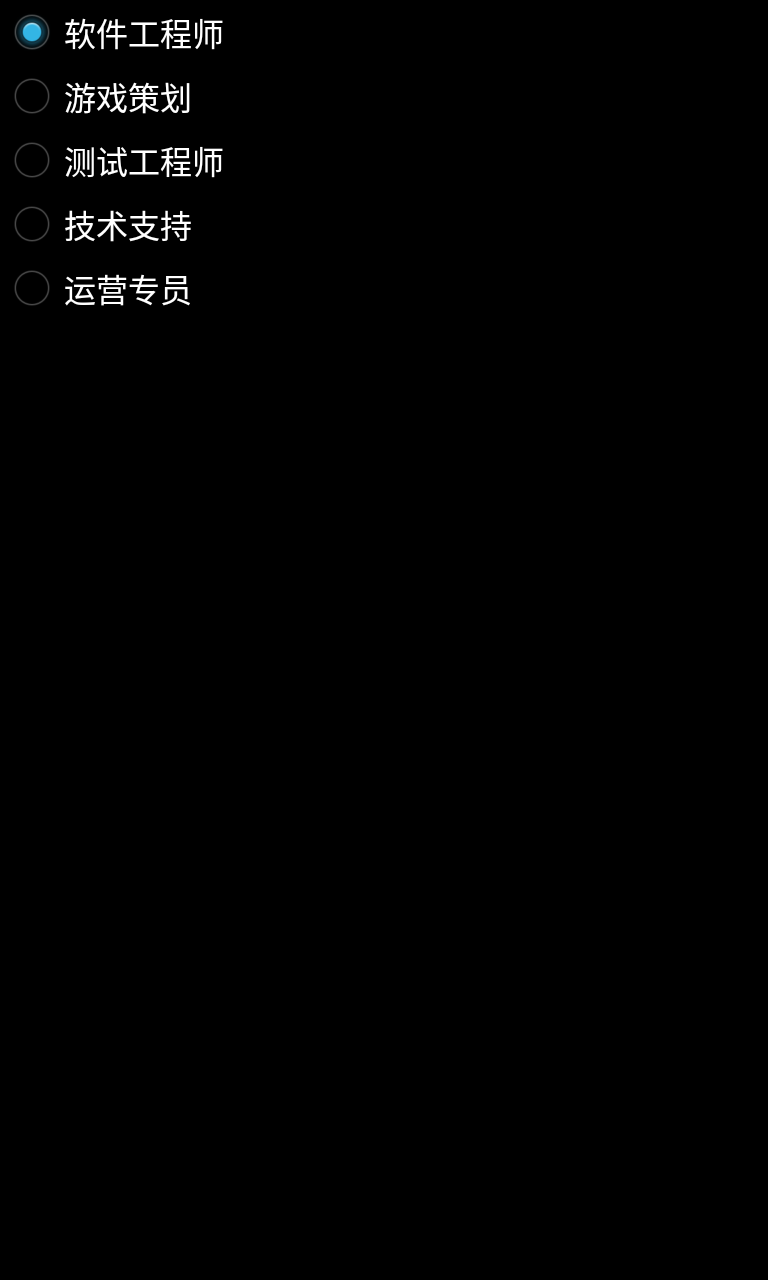
Repository: GuangmingChan/DevelopAndroidApp
Layout: demoRadioButton/res/layout/main.xml
An editor plug-in stored every save of this project. The layout is shown before and after the next save, followed by the edit.
It is drawn on a 768 x 1280 px phone screen (xhdpi) without system bars, with theme android:Theme.Holo; the app's code is not run.

Above is the layout before, as saved 2017-03-13 09:04:09.

After the next save:
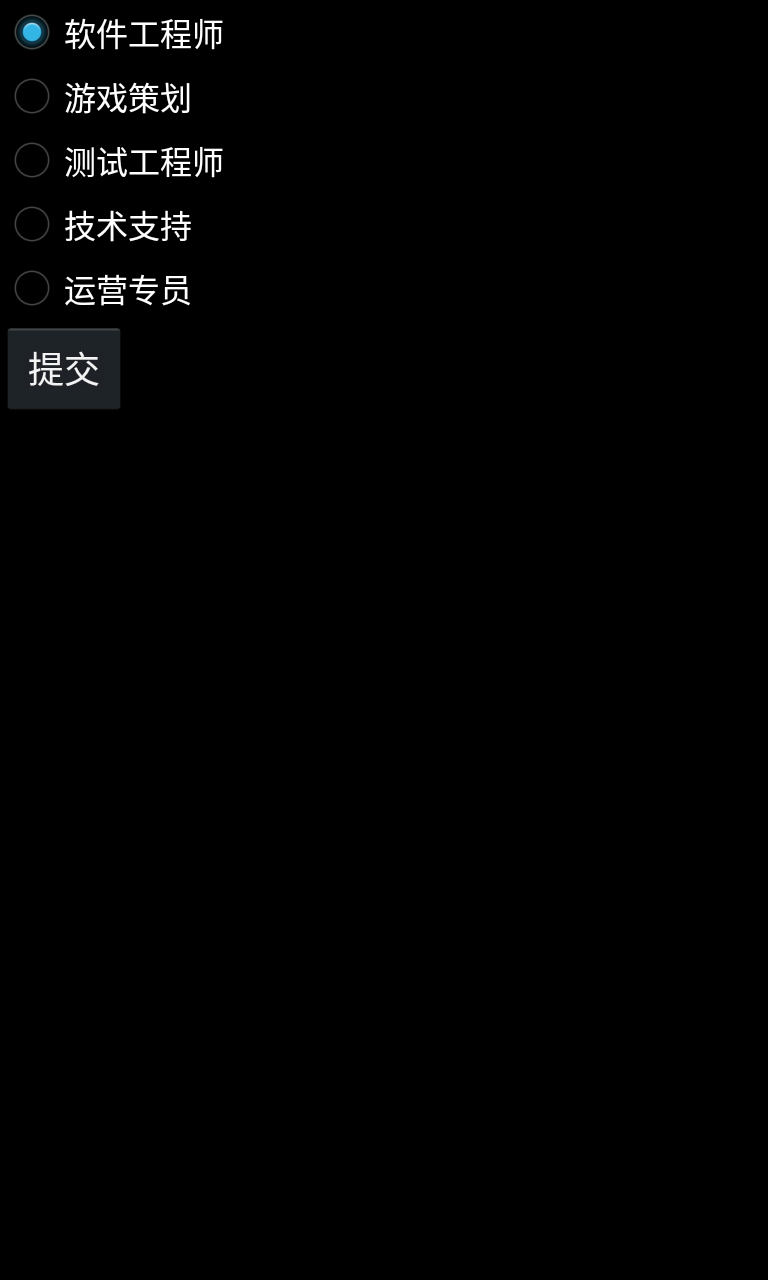
Saved 2 min 2 s later.
--- a/demoRadioButton/res/layout/main.xml
+++ b/demoRadioButton/res/layout/main.xml
@@ -40,4 +40,10 @@
             android:text="运营专员" />
     </RadioGroup>
 
+    <Button
+        android:id="@+id/btsubmit"
+        android:layout_width="wrap_content"
+        android:layout_height="wrap_content"
+        android:text="提交" />
+
 </LinearLayout>

After the save that followed:
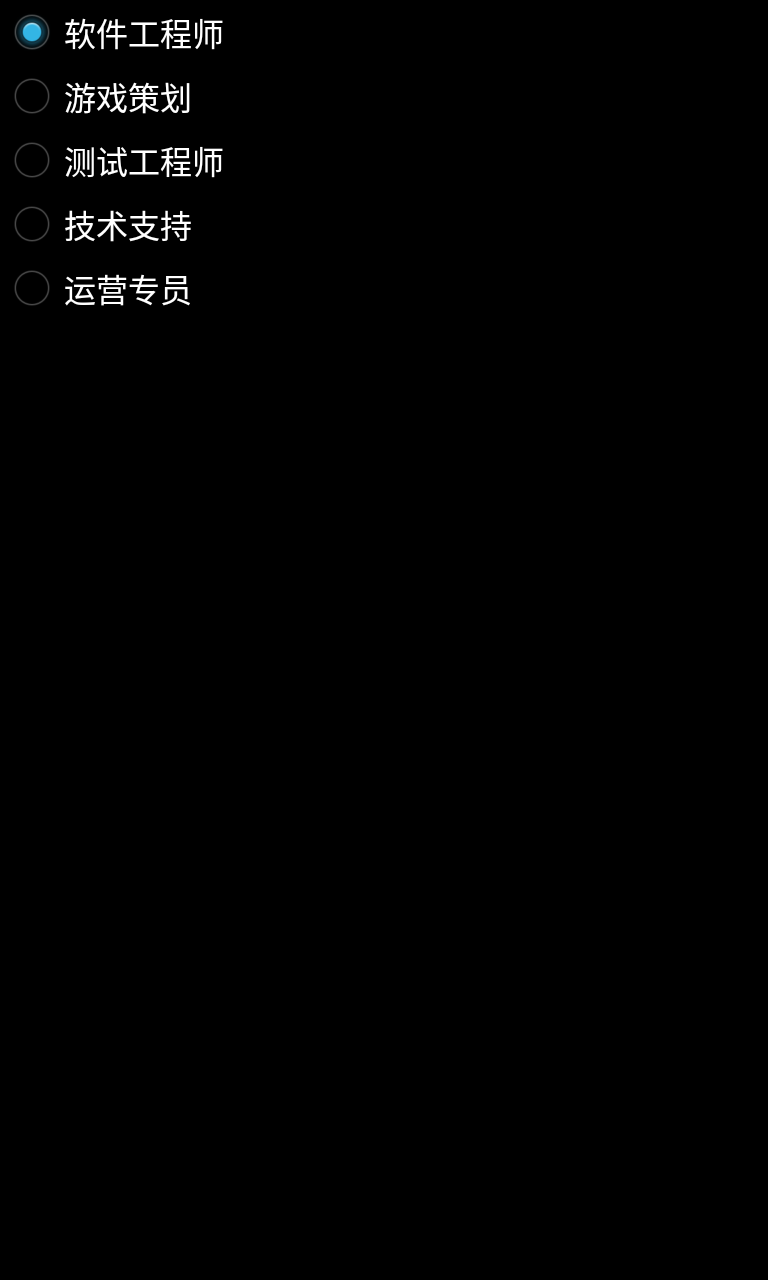
Saved 5 min 37 s later.
--- a/demoRadioButton/res/layout/main.xml
+++ b/demoRadioButton/res/layout/main.xml
@@ -39,11 +39,11 @@
             android:layout_height="wrap_content"
             android:text="运营专员" />
     </RadioGroup>
-
+<!--
     <Button
         android:id="@+id/btsubmit"
         android:layout_width="wrap_content"
         android:layout_height="wrap_content"
         android:text="提交" />
-
+-->
 </LinearLayout>
